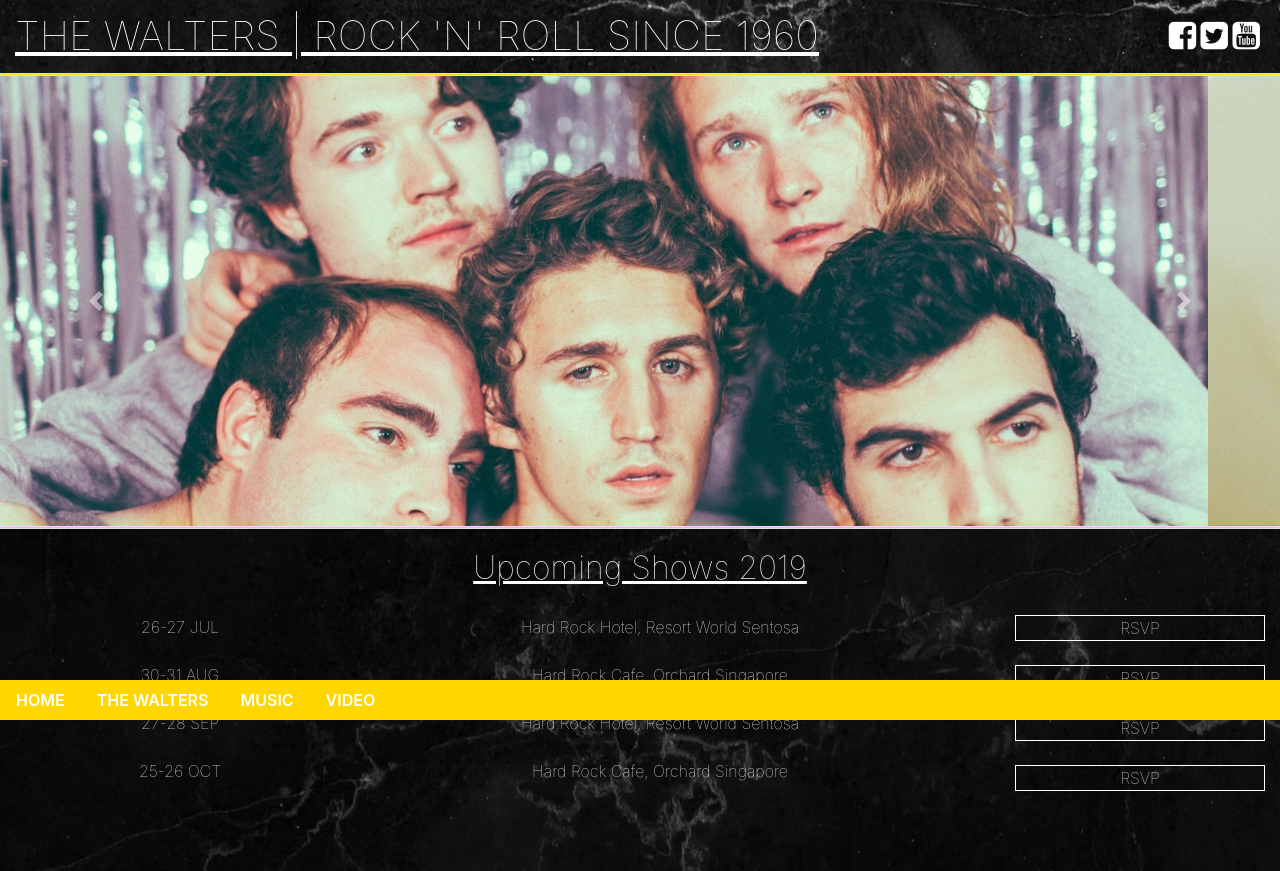
Repository: yucheng91/CIassignment1
Page: index.html
The author's editor kept a record of every edit. The page is drawn from the files as they stood at one moment, then again after the next edit.
The browser window is 1280 px wide. The pictures show the whole page.

Above is the page before.

### index.html
<!doctype html>
<html lang="en">
  <head>
    <!-- Required meta tags -->
    <meta charset="utf-8">
    <meta name="viewport" content="width=device-width, initial-scale=1, shrink-to-fit=no">

    <!-- Bootstrap CSS -->
    <link rel="stylesheet" href="https://stackpath.bootstrapcdn.com/bootstrap/4.3.1/css/bootstrap.min.css" integrity="sha384-ggOyR0iXCbMQv3Xipma34MD+dH/1fQ784/j6cY/iJTQUOhcWr7x9JvoRxT2MZw1T" crossorigin="anonymous">
    <link rel="stylesheet" href="style.css" type="text/css" />
    <link rel="stylesheet" href="https://maxcdn.bootstrapcdn.com/font-awesome/4.7.0/css/font-awesome.min.css" type="text/css" />
    <title>The Walters</title>
  </head>
  <body>
    <header>
      <div class="container-fluid">
      <div class="row">
        <div class="col-10">
          <h1>THE WALTERS | ROCK 'N' ROLL SINCE 1960</h1>
        </div>
        <div class="col-2">
          <a href="https://www.facebook.com"><i class="fa fa-facebook-square fa-2x" aria-hidden="true"></i></a>
          <a href="https://www.twitter.com"><i class="fa fa-twitter-square fa-2x" aria-hidden="true"></i></a>
          <a href="https://www.youtube.com"><i class="fa fa-youtube-square fa-2x" aria-hidden="true"></i></a>
        </div>
      </div>
    </div>
  <div class="border"></div>
  </header>

<div id="carouselExampleControls" class="carousel slide" data-ride="carousel">
  <div class="carousel-inner">
    <div class="carousel-item active">
      <img class="d-block w-100" src="c1.jpg" alt="First slide">
    </div>
    <div class="carousel-item">
      <img class="d-block w-100" src="c2.jpg" alt="Second slide">
    </div>
    <div class="carousel-item">
      <img class="d-block w-100" src="c3.jpg" alt="Third slide">
    </div>
  </div>
  <a class="carousel-control-prev" href="#carouselExampleControls" role="button" data-slide="prev">
    <span class="carousel-control-prev-icon" aria-hidden="true"></span>
    <span class="sr-only">Previous</span>
  </a>
  <a class="carousel-control-next" href="#carouselExampleControls" role="button" data-slide="next">
    <span class="carousel-control-next-icon" aria-hidden="true"></span>
    <span class="sr-only">Next</span>
  </a>
</div>
    <div class="border"></div>

  <section class="upcomingshow">
    <div>
      <h2>Upcoming Shows 2019</h2>
       <div class="container-fluid">
         <div class="row">
           <div class="col-3">
             <ul class="nobullet">
               <li>26-27 JUL</li></br>
               <li>30-31 AUG</li></br>
               <li>27-28 SEP</li></br>
               <li>25-26 OCT</li></br>
             </ul>
           </div>
           <div class="col-6">
             <ul class="nobullet">
               <li>Hard Rock Hotel, Resort World Sentosa</li></br>
               <li>Hard Rock Cafe, Orchard Singapore</li></br>
               <li>Hard Rock Hotel, Resort World Sentosa</li></br>
               <li>Hard Rock Cafe, Orchard Singapore</li></br>
             </ul>
           </div>
           <div class="col-3">
             <ul class="nobullet">
               <a href="https://www.eventbrite.sg"><li class="rsvpbutton">RSVP</li></a></br>
               <a href="https://www.eventbrite.sg"><li class="rsvpbutton">RSVP</li></a></br>
               <a href="https://www.eventbrite.sg"><li class="rsvpbutton">RSVP</li></a></br>
               <a href="https://www.eventbrite.sg"><li class="rsvpbutton">RSVP</li></a></br>
           </div>
         </div>
       </div>
      </section>

    <footer>
    <div class="navbar">
    <ul class="nav justify-content-start">
      <li class="nav-item">
        <a class="nav-link active" href="index.html">HOME</a>
      </li>
      <li class="nav-item">
        <a class="nav-link" href="profile.html">THE WALTERS</a>
      </li>
      <li class="nav-item">
        <a class="nav-link" href="music.html">MUSIC</a>
      </li>
      <li class="nav-item">
        <a class="nav-link" href="video.html">VIDEO</a>
      </li>
    </ul>
    </div>
    </footer>
    <!-- Optional JavaScript -->
    <!-- jQuery first, then Popper.js, then Bootstrap JS -->
    <script src="https://code.jquery.com/jquery-3.3.1.slim.min.js" integrity="sha384-q8i/X+965DzO0rT7abK41JStQIAqVgRVzpbzo5smXKp4YfRvH+8abtTE1Pi6jizo" crossorigin="anonymous"></script>
    <script src="https://cdnjs.cloudflare.com/ajax/libs/popper.js/1.14.7/umd/popper.min.js" integrity="sha384-UO2eT0CpHqdSJQ6hJty5KVphtPhzWj9WO1clHTMGa3JDZwrnQq4sF86dIHNDz0W1" crossorigin="anonymous"></script>
    <script src="https://stackpath.bootstrapcdn.com/bootstrap/4.3.1/js/bootstrap.min.js" integrity="sha384-JjSmVgyd0p3pXB1rRibZUAYoIIy6OrQ6VrjIEaFf/nJGzIxFDsf4x0xIM+B07jRM" crossorigin="anonymous"></script>
  </body>
</html>

### style.css
body {
    color:white;
    font-weight: 100;
    background-image: url("background.jpg");
    background-position: center;
}

.container-fluid h1 {
    font-weight: 100;
    padding-top: 12px;
    text-decoration:underline;
}

.border {
    height:3px;
    background-color:gold;
    border:0;
    padding:0;
    color:gold;
}

.navbar  {
    position: fixed;
    bottom: 0;
    width: 100%;
    color: white;
    font-weight:600;
    background-color: gold;
    padding:0 ;
}

.col-2 {
    padding:20px;
    text-align:right;
}

a {
    color:white;
    text-decoration:none;
}

.upcomingshow {
        background:rgba(0, 0, 0, 0.5);
}

.upcomingshow h2{
    text-align:center;
    padding-top: 20px;
    padding-bottom: 20px;
    text-decoration:underline;
    font-weight:100;
}

.nobullet {
    list-style-type: none;
    padding-bottom:40px;
    text-align:center;
}

footer {
    bottom:0 ;
    width: 100%;
}

.rsvpbutton {
    border:1px solid white;
}

img {
    height: 450px;
    width: 100%;
    object-fit: cover;
}

@media (max-width: 767px) {
    body {
        font-size: 15px;
    }

    h1 {
        font-size: 27px;
    }

    h2 {
        font-size: 20px;
    }

    ul {
        font-size: 10px;
    }
}

After the next edit:
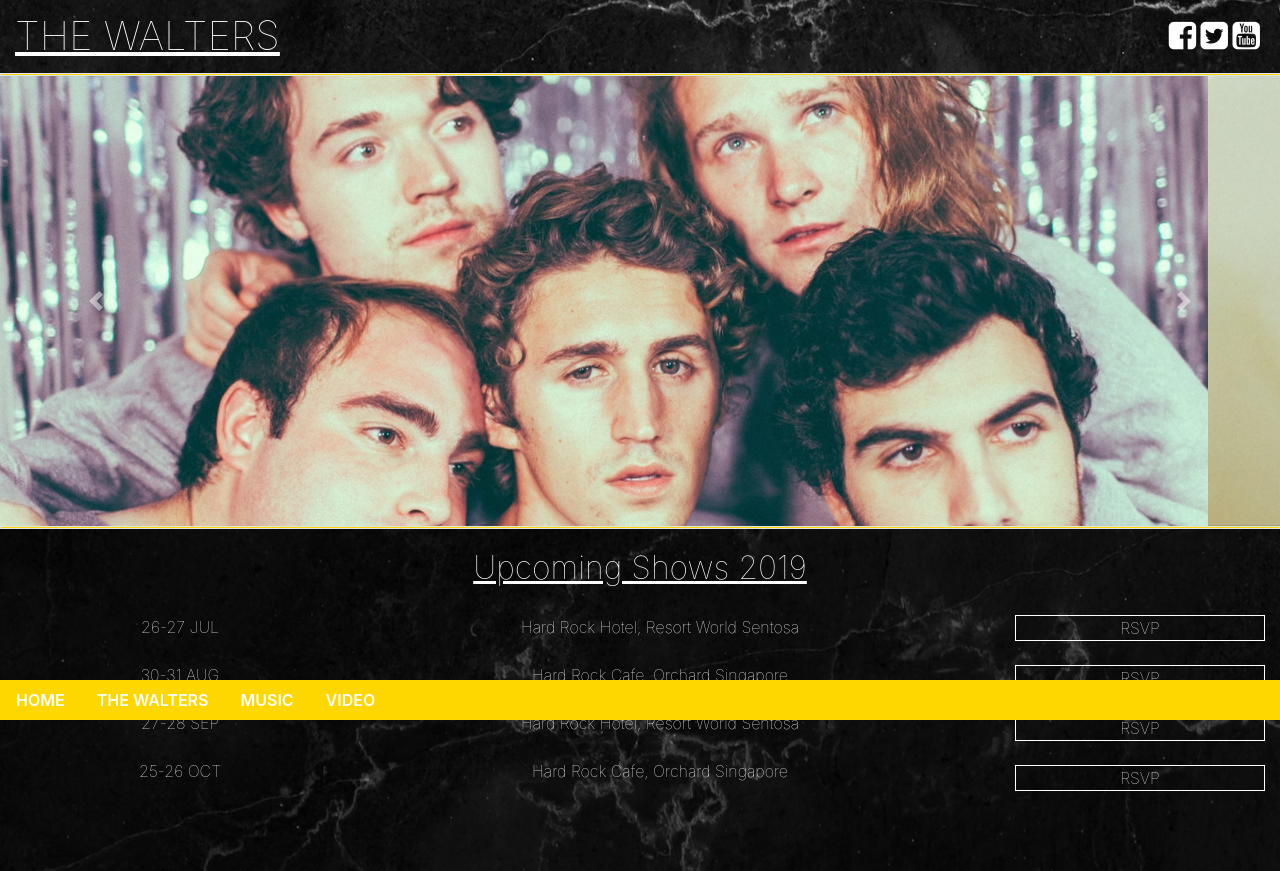
The edit:
--- a/index.html
+++ b/index.html
@@ -16,7 +16,7 @@
       <div class="container-fluid">
       <div class="row">
         <div class="col-10">
-          <h1>THE WALTERS | ROCK 'N' ROLL SINCE 1960</h1>
+          <h1>THE WALTERS</h1>
         </div>
         <div class="col-2">
           <a href="https://www.facebook.com"><i class="fa fa-facebook-square fa-2x" aria-hidden="true"></i></a>
